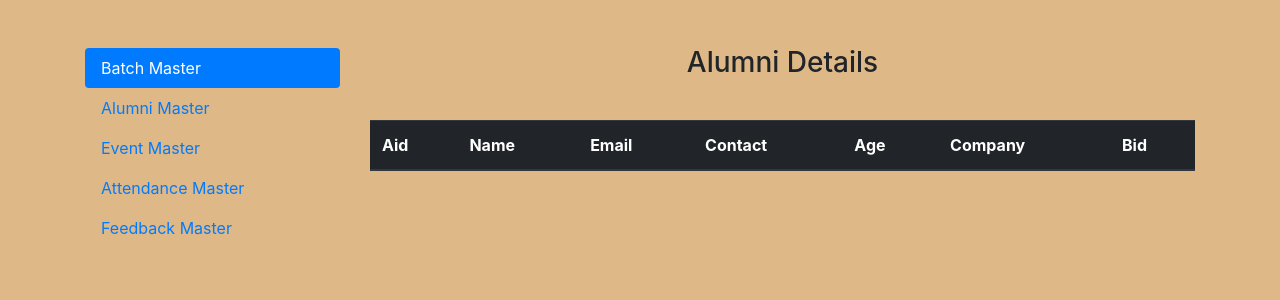
Repository: Shreyash1107/Web_Projects
Page: http://localhost/AlumnieventmanagementApplication/Viewalumni.jsp
These files come from the project's save history. The page is drawn as it stood at one moment and after the next save; the edit follows.
The browser window is 1280 px wide. The pictures show the whole page.
The page is served by Tomcat 9. Nobody is signed in. The application's start-up code is not run. Other server files are loaded and not shown. Queries for data that is not in the repository find no rows.

Above is the page before, as saved 2024-08-05 06:37:07.

### AlumnieventmanagementApplication/src/main/webapp/Viewalumni.jsp
<%@page import="org.techhub.service.*"%>
<%@page import="org.techhub.model.*"%>
<%@page import="java.util.*"%>
<%@ page language="java" contentType="text/html; charset=ISO-8859-1"
	pageEncoding="ISO-8859-1"%>
<!DOCTYPE html>
<html>
<head>
<meta charset="ISO-8859-1">
<title>View Alumni</title>
<link rel="stylesheet"
	href="https://cdn.jsdelivr.net/npm/bootstrap@4.0.0/dist/css/bootstrap.min.css"
	integrity="sha384-Gn5384xqQ1aoWXA+058RXPxPg6fy4IWvTNh0E263XmFcJlSAwiGgFAW/dAiS6JXm"
	crossorigin="anonymous">
	<link rel="stylesheet" href="CSS/view.css"/>
</head>
<body>
	<div class="container mt-5">
		<div class="row">
			<div class="col-md-3">
				<div class="nav flex-column nav-pills menubar" id="v-pills-tab"
					role="tablist" aria-orientation="vertical">
					<a class="nav-link active" id="v-pills-home-tab" data-toggle="pill"
						href="index.jsp" role="tab" aria-controls="v-pills-home"
						aria-selected="true">Batch Master</a> <a class="nav-link"
						id="v-pills-profile-tab" data-toggle="pill"
						href="Alumnimaster.jsp" role="tab" aria-controls="v-pills-profile"
						aria-selected="false">Alumni Master</a> <a class="nav-link"
						id="v-pills-messages-tab" data-toggle="pill"
						href="#v-pills-messages" role="tab"
						aria-controls="v-pills-messages" aria-selected="false">Event
						Master</a>
						<a class="nav-link" id="v-pills-attendance-tab"
                        data-toggle="pill" href="#v-pills-attendance" role="tab"
                        aria-controls="v-pills-settings" aria-selected="false">Attendance
                        Master</a>
                    <a class="nav-link" id="v-pills-feedback-tab"
                        data-toggle="pill" href="#v-pills-feedback" role="tab"
                        aria-controls="v-pills-settings" aria-selected="false">Feedback
                        Master</a>
				</div>
			</div>
			<div class="col-md-9 content">
				<div class="tab-content" id="v-pills-tabContent">
					<div class="tab-pane fade show active" id="v-pills-home"
						role="tabpanel" aria-labelledby="v-pills-home-tab">
						<div class="form-container mt-5">
						<center>
							<h3 class="heading">
								Alumni Details
							</h3>
						</center>
							<table class="table table-striped table-dark">
								<thead>
									<tr>
										<th scope="col">Aid</th>
										<th scope="col">Name</th>
										<th scope="col">Email</th>
										<th scope="col">Contact</th>
										<th scope="col">Age</th>
										<th scope="col">Company</th>
										<th scope="col">Bid</th>
									</tr>
								</thead>
								<tbody>
									<%
									Alumnimasterservice amservice = new AlumniMasterServiceImpl();
									Vector<AlumniMasterModel> vect = amservice.getalumni();
									if (vect != null) {
										for (AlumniMasterModel amodel : vect) {
									%>
									<tr>
										<td><%=amodel.getid()%></td>
										<td><%=amodel.getname()%></td>
										<td><%=amodel.getEmail()%></td>
										<td><%=amodel.getContact()%></td>
										<td><%=amodel.getAge()%></td>
										<td><%=amodel.getCompany()%></td>
										<td><%=amodel.getBid()%></td>
									</tr>
									<%
									}
									}
									%>
								</tbody>
							</table>
						</div>
					</div>
					<div class="tab-pane fade" id="v-pills-profile" role="tabpanel"
						aria-labelledby="v-pills-profile-tab"></div>
					<div class="tab-pane fade" id="v-pills-messages" role="tabpanel"
						aria-labelledby="v-pills-messages-tab"></div>
					<div class="tab-pane fade" id="v-pills-settings" role="tabpanel"
						aria-labelledby="v-pills-settings-tab"></div>
				</div>
			</div>
		</div>
	</div>
</body>
</html>

### AlumnieventmanagementApplication/src/main/java/org/techhub/service/Alumnimasterservice.java
package org.techhub.service;

import java.util.Vector;

import org.techhub.model.AlumniMasterModel;

public interface Alumnimasterservice
{
	public boolean isAlumniAdded(AlumniMasterModel am);
	public Vector<AlumniMasterModel> getalumni();
	public boolean isAlumniUpdated(AlumniMasterModel am);
	public boolean isAlumnidelete(AlumniMasterModel am);
}

### AlumnieventmanagementApplication/src/main/java/org/techhub/service/AlumniMasterServiceImpl.java
package org.techhub.service;

import java.util.Vector;

import org.techhub.model.AlumniMasterModel;
import org.techhub.repository.AlumniMasterModelrepositoryImpl;
import org.techhub.repository.Alumnirepository;

public class AlumniMasterServiceImpl implements Alumnimasterservice
{
	Alumnirepository amrepo = new AlumniMasterModelrepositoryImpl();
	public boolean isAlumniAdded(AlumniMasterModel am)
	{
		return amrepo.isAlumniAdded(am);
	}
	public Vector<AlumniMasterModel> getalumni()
	{
		Vector v = amrepo.getalumni();
		return v;
	}
	public boolean isAlumniUpdated(AlumniMasterModel am)
	{
		return amrepo.isAlumniUpdated(am);
	}
	public boolean isAlumnidelete(AlumniMasterModel am)
	{
		return amrepo.isAlumnidelete(am);
	}
}

### AlumnieventmanagementApplication/src/main/java/org/techhub/repository/Alumnirepository.java
package org.techhub.repository;

import java.util.Vector;

import org.techhub.model.AlumniMasterModel;

public interface Alumnirepository
{
	public boolean isAlumniAdded(AlumniMasterModel am);
	public Vector<AlumniMasterModel> getalumni();
	public boolean isAlumniUpdated(AlumniMasterModel am);
	public boolean isAlumnidelete(AlumniMasterModel am);
}

### AlumnieventmanagementApplication/src/main/java/org/techhub/repository/DB.java
package org.techhub.repository;

import java.sql.Connection;
import java.sql.DriverManager;
import java.sql.PreparedStatement;
import java.sql.ResultSet;
import java.sql.SQLException;

public class DB
{
	protected Connection conn;
	protected ResultSet rs;
	protected PreparedStatement pstmt;
	public DB()
	{
		try
		{
			Class.forName("com.mysql.cj.jdbc.Driver");
		}
		catch (ClassNotFoundException e)
		{
			e.printStackTrace();
		}
		try
		{
			conn = DriverManager.getConnection("jdbc:mysql://localhost:3306/alumnimanagement", "root", "Shreyash@123");
		}
		catch (SQLException e)
		{
			e.printStackTrace();
		}
	}
}

### AlumnieventmanagementApplication/src/main/java/org/techhub/repository/AlumniMasterModelrepositoryImpl.java
package org.techhub.repository;

import java.util.Vector;

import org.techhub.model.AlumniMasterModel;

public class AlumniMasterModelrepositoryImpl extends DB implements Alumnirepository
{
	Vector<AlumniMasterModel> vect = null;
	public boolean isAlumniAdded(AlumniMasterModel am)
	{
		int val;
		try
		{
			pstmt = conn.prepareStatement("insert into alumnimaster values('0',?,?,?,?,?,?)");
			pstmt.setString(1, am.getname());
			pstmt.setString(2, am.getEmail());
			pstmt.setString(3, am.getContact());
			pstmt.setInt(4, am.getAge());
			pstmt.setString(5, am.getCompany());
			pstmt.setInt(6, am.getBid());
			val = pstmt.executeUpdate();
			return val>0?true:false;
		}
		catch(Exception ex)
		{
			ex.printStackTrace();
			return false;
		}
	}
	public Vector<AlumniMasterModel> getalumni()
	{
		vect = new Vector<AlumniMasterModel>();
		try
		{
			pstmt = conn.prepareStatement("select *from Alumnimaster");
			rs = pstmt.executeQuery();
			while(rs.next())
			{
				AlumniMasterModel amodel = new AlumniMasterModel();
				amodel.setAid(rs.getInt(1));
				amodel.setname(rs.getString(2));
				amodel.setEmail(rs.getString(3));
				amodel.setContact(rs.getString(4));
				amodel.setAge(rs.getInt(5));
				amodel.setCompany(rs.getString(6));
				amodel.setBid(rs.getInt(7));
				vect.add(amodel);
			}
			return vect.size()>0?vect:null;
		}
		catch(Exception ex)
		{
			ex.printStackTrace();
		}
		return null;
	}
	public boolean isAlumniUpdated(AlumniMasterModel am)
	{
		int val;
		try
		{
			pstmt = conn.prepareStatement("update Alumnimaster set Name = ?,Email = ?,Contact=?,Age = ?, Company = ?, Bid = ? where Aid = ?");
			pstmt.setString(1, am.getname());
			pstmt.setString(2, am.getEmail());
			pstmt.setString(3, am.getContact());
			pstmt.setInt(4, am.getAge());
			pstmt.setString(5, am.getCompany());
			pstmt.setInt(6, am.getBid());
			pstmt.setInt(7, am.getid());
			val = pstmt.executeUpdate();
			return val>0?true:false;
		}
		catch(Exception ex)
		{
			ex.printStackTrace();
			return false;
		}
	}
	public boolean isAlumnidelete(AlumniMasterModel am)
	{
		int val;
		try
		{
			pstmt = conn.prepareStatement("delete from Alumnimaster where Aid = ?");
			pstmt.setInt(1, am.getid());
			val = pstmt.executeUpdate();
			return val>0?true:false;
		}
		catch(Exception ex)
		{
			ex.printStackTrace();
			return false;
		}
	}
}

### AlumnieventmanagementApplication/src/main/webapp/CSS/view.css
@charset "ISO-8859-1";
.heading
{
	margin-top: -50px;
	margin-bottom: 40px;
}
body
{
	background-color:burlywood
}

After the next save:
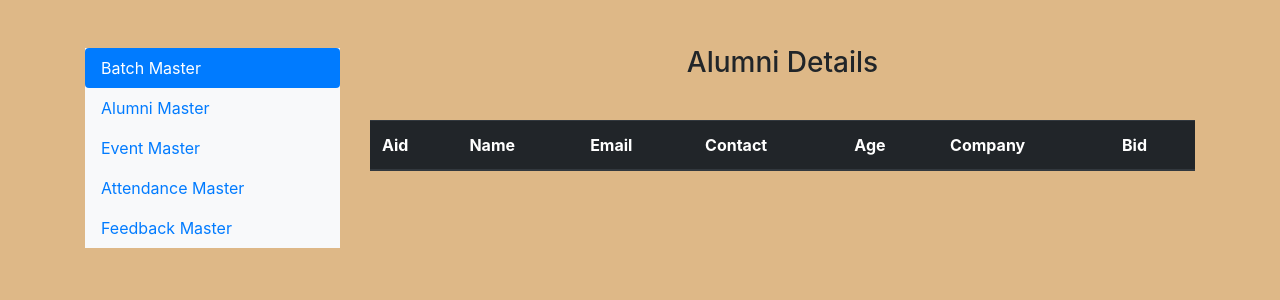
Saved 44 s later.
--- a/AlumnieventmanagementApplication/src/main/webapp/Viewalumni.jsp
+++ b/AlumnieventmanagementApplication/src/main/webapp/Viewalumni.jsp
@@ -18,7 +18,7 @@
 	<div class="container mt-5">
 		<div class="row">
 			<div class="col-md-3">
-				<div class="nav flex-column nav-pills menubar" id="v-pills-tab"
+				<div class="nav flex-column nav-pills menubar bg-light" id="v-pills-tab"
 					role="tablist" aria-orientation="vertical">
 					<a class="nav-link active" id="v-pills-home-tab" data-toggle="pill"
 						href="index.jsp" role="tab" aria-controls="v-pills-home"
